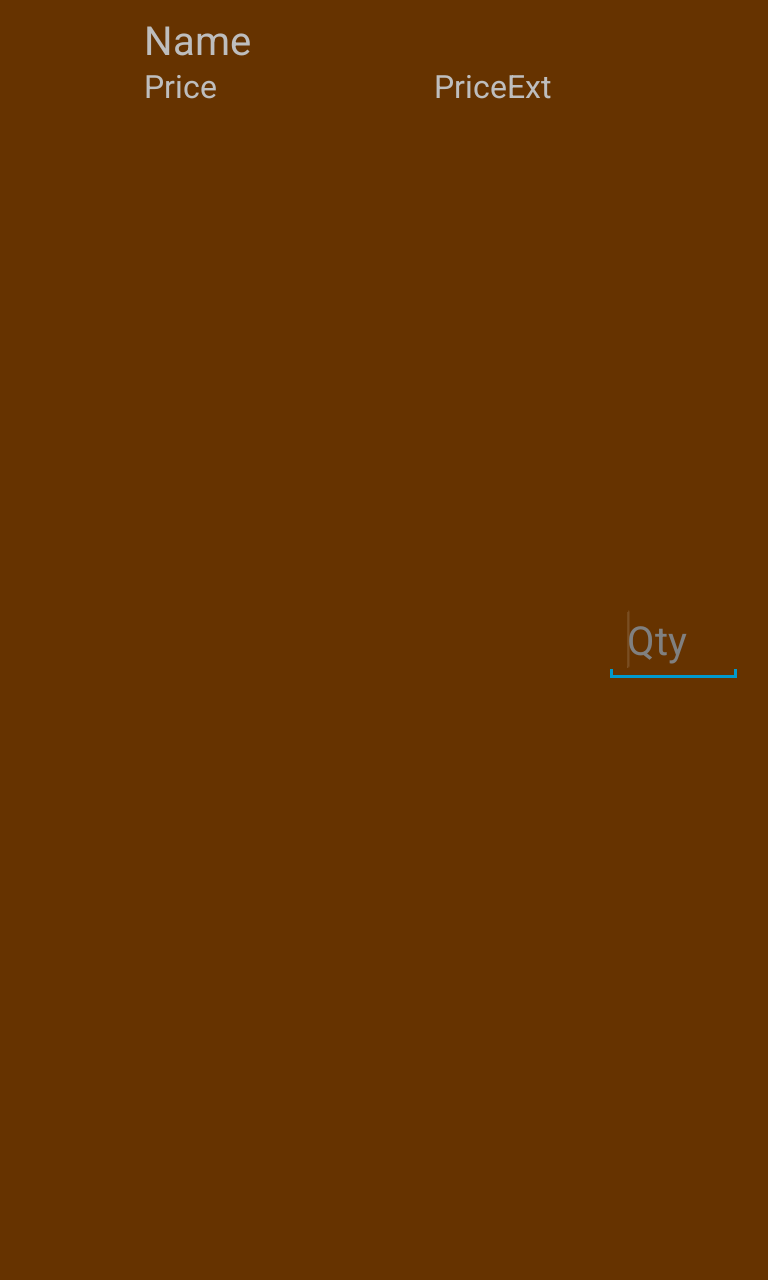
Repository: Adammdit/DT2283GUI
Layout: GunSmoke/res/layout/listrow_details.xml
The author's editor kept a copy of each file at every save. The layout is drawn from the files as they stood at one save, then again after a run of saves.
It is drawn on a 768 x 1280 px phone screen (xhdpi) without system bars, with theme android:Theme.Holo; the app's code is not run.

Above is the layout before, as saved 2014-11-07 17:00:47.

### GunSmoke/res/layout/listrow_details.xml
<?xml version="1.0" encoding="utf-8"?>
<RelativeLayout xmlns:android="http://schemas.android.com/apk/res/android"
    android:layout_width="fill_parent"
    android:layout_height="wrap_content"
    android:orientation="vertical"
    android:background="@color/khaki"
    android:padding="6dip" >

    <ImageView
        android:id="@+id/weaponeImage"
        android:layout_width="60dip"
        android:layout_height="60dip"
        android:layout_alignParentLeft="true"
        android:layout_alignParentTop="true"
        android:layout_marginRight="6dip" />

    <TextView
        android:id="@+id/weaponeName"
        android:layout_width="wrap_content"
        android:layout_height="26dip"
        android:layout_toRightOf="@+id/weaponeImage"
     	android:textSize="20sp"
        android:text="Name" />

    <TextView
        android:id="@+id/weaponPrice"
        android:layout_width="wrap_content"
        android:layout_height="26dp"
        android:layout_below="@+id/weaponeName"
        android:layout_toRightOf="@+id/weaponeImage"
		android:textSize="16sp"
		android:text="Price" />

    <TextView
        android:id="@+id/weaponExt"
        android:layout_width="wrap_content"
        android:layout_height="26dp"
        android:layout_below="@+id/weaponeName"
        android:layout_toLeftOf="@+id/qty"
        android:layout_marginRight="26dip"
        android:textSize="16sp"
        android:text="PriceExt" />


    <EditText
        android:id="@+id/qty"
        android:layout_width="wrap_content"
        android:layout_height="45dip"
        android:layout_alignParentRight="true"
        android:layout_centerVertical="true"
        android:layout_marginRight="6dip"
        android:textSize="20sp"
        android:ems="3"
        android:hint="Qty"
        android:inputType="number" >
        <requestFocus />
    </EditText>
</RelativeLayout>

### GunSmoke/res/values/colors.xml
<?xml version="1.0" encoding="utf-8"?>
<resources>
	<color name="khaki">#663300</color>
</resources>

After the next 2 saves:
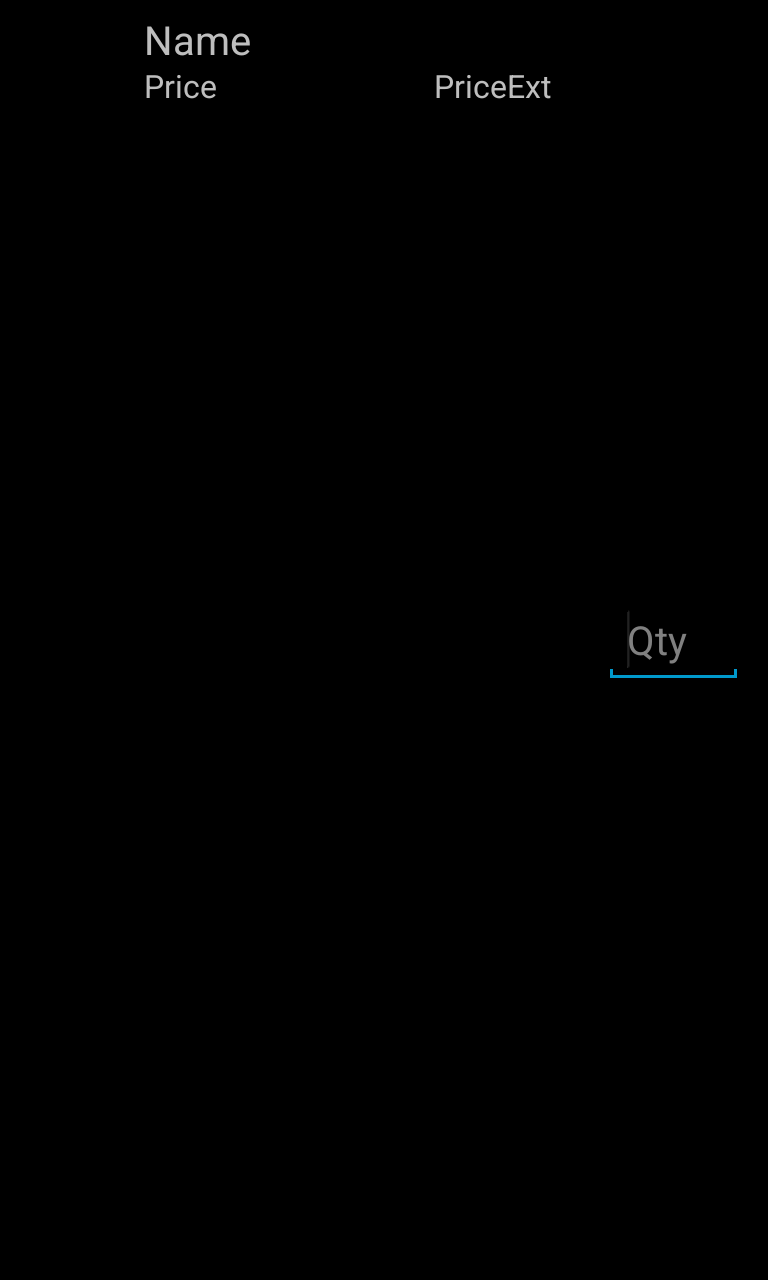
The 2 saves are shown as one change because 1 did not build or start.
The last was saved 9 min 22 s later.
--- a/GunSmoke/res/layout/listrow_details.xml
+++ b/GunSmoke/res/layout/listrow_details.xml
@@ -3,7 +3,7 @@
     android:layout_width="fill_parent"
     android:layout_height="wrap_content"
     android:orientation="vertical"
-    android:background="@color/khaki"
+    android:background="brown"
     android:padding="6dip" >
 
     <ImageView
